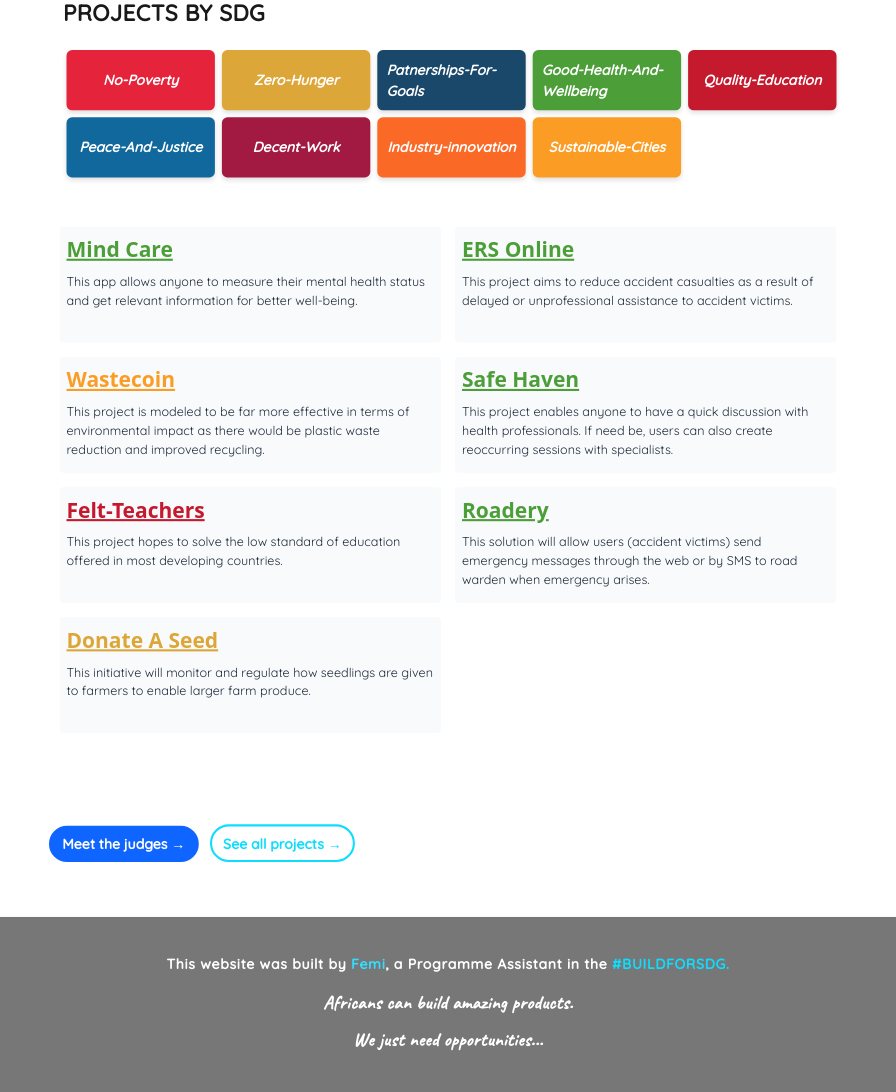
Repository: akinsikuoluwafemi/sdg-showcase-landing-page
Page: /
The author's editor kept a copy of each file at every save. The page is drawn from the files as they stood at one save, then again after a run of saves.
The browser window is 1280 px wide. The pictures show the part of the page from y = 1501 to 3421 px (the page is 3061 px tall before and 3421 px after), at 70% of full size.
Some web libraries are served in a nearby version. The project was rebuilt for these pictures with package versions that can differ from the ones it lists, and the page was loaded fresh each time. Also part of the build but not shown: src/data.js, src/pages/Themes.js, src/pages/Projects.js, src/pages/Judges.js, src/pages/SingleTheme.js. Imported but missing from the stored project, and not drawn on this page: src/pages/Error.

Above is the page before, as saved 2020-07-24 22:00:45.

### public/index.html
<!DOCTYPE html>
<html lang="en">
  <head>
    <meta charset="utf-8" />
    <link rel="icon" href="%PUBLIC_URL%/favicon.ico" />
    <meta name="viewport" content="width=device-width, initial-scale=1" />
    <meta name="theme-color" content="#000000" />
    <meta
      name="description"
      content="Web site created using create-react-app"
    />
    <link rel="apple-touch-icon" href="%PUBLIC_URL%/logo192.png" />
    <!--
      manifest.json provides metadata used when your web app is installed on a
      user's mobile device or desktop. See https://developers.google.com/web/fundamentals/web-app-manifest/
    -->
    <link rel="manifest" href="%PUBLIC_URL%/manifest.json" />
    <script defer src="https://use.fontawesome.com/releases/v5.0.6/js/all.js"></script>
    <link rel="manifest" href="%PUBLIC_URL%/manifest.json" />
    <link rel="stylesheet" href="https://stackpath.bootstrapcdn.com/bootstrap/4.4.1/css/bootstrap.min.css" integrity="sha384-Vkoo8x4CGsO3+Hhxv8T/Q5PaXtkKtu6ug5TOeNV6gBiFeWPGFN9MuhOf23Q9Ifjh"
      crossorigin="anonymous">
      <link href="https://fonts.googleapis.com/css2?family=Alfa+Slab+One&family=Anton&display=swap" rel="stylesheet">
      <link href="https://fonts.googleapis.com/css2?family=Caveat&display=swap" rel="stylesheet">
      <link href="https://fonts.googleapis.com/css2?family=Quicksand:wght@300;400;500&display=swap" rel="stylesheet">
      <link rel="stylesheet" href="https://cdnjs.cloudflare.com/ajax/libs/animate.css/4.0.0/animate.min.css" />
    <!--
      Notice the use of %PUBLIC_URL% in the tags above.
      It will be replaced with the URL of the `public` folder during the build.
      Only files inside the `public` folder can be referenced from the HTML.

      Unlike "/favicon.ico" or "favicon.ico", "%PUBLIC_URL%/favicon.ico" will
      work correctly both with client-side routing and a non-root public URL.
      Learn how to configure a non-root public URL by running `npm run build`.
    -->

    <title>Buildforsdg Showcase Page</title>
  </head>
  <body>
    <noscript>You need to enable JavaScript to run this app.</noscript>
    <div id="root"></div>
    <!-- <div id="modal"></div> -->

    <!--
      This HTML file is a template.
      If you open it directly in the browser, you will see an empty page.

      You can add webfonts, meta tags, or analytics to this file.
      The build step will place the bundled scripts into the <body> tag.

      To begin the development, run `npm start` or `yarn start`.
      To create a production bundle, use `npm run build` or `yarn build`.
    -->
    <script src="https://code.jquery.com/jquery-3.3.1.slim.min.js" integrity="sha384-q8i/X+965DzO0rT7abK41JStQIAqVgRVzpbzo5smXKp4YfRvH+8abtTE1Pi6jizo"
      crossorigin="anonymous">
      </script>
    <script src="https://cdnjs.cloudflare.com/ajax/libs/popper.js/1.14.7/umd/popper.min.js" integrity="sha384-UO2eT0CpHqdSJQ6hJty5KVphtPhzWj9WO1clHTMGa3JDZwrnQq4sF86dIHNDz0W1"
      crossorigin="anonymous">
      </script>
    <script src="https://stackpath.bootstrapcdn.com/bootstrap/4.3.1/js/bootstrap.min.js" integrity="sha384-JjSmVgyd0p3pXB1rRibZUAYoIIy6OrQ6VrjIEaFf/nJGzIxFDsf4x0xIM+B07jRM"
      crossorigin="anonymous">
      </script>


  </body>
</html>

### src/index.css
html {
  font-size: 62.5%!important;
}

body {

  -webkit-font-smoothing: antialiased;
  -moz-osx-font-smoothing: grayscale;
    font-family: "Klima Web", system-ui, -apple-system, BlinkMacSystemFont, "Segoe UI", Roboto, "Helvetica Neue", Helvetica, sans-serif;
    font-family: "Quicksand",sans-serif;
    /* line-height: 1.5; */
    font-weight: 400;
    color: #1f2d3d;
    margin: 0px;
    padding: 0px;
}

code {
  font-family: source-code-pro, Menlo, Monaco, Consolas, 'Courier New',
    monospace;
}

### src/pages/Home.js
import React, { useEffect, useContext, useState } from 'react';
import { Link } from 'react-router-dom';
import '../App.scss';

import Aos from 'aos';
import "aos/dist/aos.css";
import Footer from '../components/Footer/Footer';
import { ModeContext } from '../contexts/ModeContext';
import { ModalContext } from '../contexts/ModalContext';
import { ProjectContext } from '../contexts/context';

import ProjectList from '../components/ProjectList/ProjectList';
import ProjectDetail from '../components/ProjectDetail/ProjectDetail';
import sdg from '../images/sdg.png';
import andela from '../images/andela.png';
import ThemeContainer from '../components/ThemeContainer';

import ReactPlayer from 'react-player';

const Home = () => {

    useEffect(() => {
        Aos.init({
            duration: 2000
        })
    },[])

    let { darkMode } = useContext(ModeContext)
    let { featuredProjects : projects, loading }= useContext(ProjectContext);
    console.log(loading)
    let [selectedProject, setSelectedProject] = useState(null);

    const [showModal, setShowModal] = useState(false)


    const onProjectSelect = (project) => {
        setSelectedProject(project);

    }



    return (
        <ModalContext.Provider value={{ showModal, setShowModal }}>

            <div>

                <div className="bg-header">
                    <div className="page-head">
                        <div className="sponsors">
                            <span style={{ textAlign: 'center' }}> <img className="andela" src={andela} alt="andela" /> &nbsp; </span> <span className="facebook">FACEBOOK</span>
                        </div>

                        <p className="build-container">#BUILDF<span><img className="sdg-small" src={sdg} alt="sdg" />R</span> <span >SDG</span></p>
                        <p className="challenge animate__animated animate__pulse">CHALLENGE <span className="year">2020</span></p>

                    </div>


                </div>





                <div className={darkMode ? `dark-mode bg-section2` : `light-mode bg-section2`}>
                    <div className="container ">
                        <div className="row">
                            <div className="col-12 col-lg-9 my-5 intro-container">
                                <p className={darkMode ? `color-light`: `color-dark`}>The <span style={{ color: '#0fddff' }}>#BuildforSDG</span> Challenge is a Facebook and Andela partnership initiative to up-skill developers across Sub-Saharan (Kenya, Uganda, Cameroon, Ghana, Nigeria and South-Africa) through a six-week immersive program where selected developers worked in agile remote teams to innovate on projects relating to the SDGs.</p>
                                <p className={darkMode ? `color-light` : `color-dark`}>The <span style={{ color: '#0fddff' }}>#BuildforSDG</span> program is committed to helping empower you to build real-world, locally and relevant solutions focused on the Sustainable Development Goals(SDGs) while gaining skills you need to advance your career.</p>
                                <p className={darkMode ? `color-light` : `color-dark`}>The <span style={{ color: '#0fddff' }}>Goal of the #BuildforSDG Challenge 2020</span> is to empower developers to build global, high-value, high-impact projects to help improve their market-readiness while learning within the community.</p>
                            </div>
                        </div>

                    </div>
                </div>





                <div className={darkMode ? `dark-mode` : `light-mode `}>
                    <div className="container ">
                        <div className="row">
                            <h2 className="top-projects  my-5">Top 60 Projects</h2>
                        </div>
                        <div  className="row">
                            <div className="col-12 col-lg-9 ">
                                <p className={darkMode ? `color-light intro-container ` : `color-dark intro-container`}>With over 175 team projects in the works, the Innovators of the #BuildforSDG Program are building solutions ranging from Food Bank regulators to simulated concepts for SMART city building as well as improved revenue collection tech models for communities and standardized waste collection solutions.</p>
                                <p className={darkMode ? `color-light intro-container` : `color-dark intro-container`}>These innovators while working in teams are building tech solutions that could make life a lot easier for communities across Sub-Saharan Africa battling the Covid-19 Pandemic. Over 160 teams from #BuildforSDG Challenge are leveraging on Open Source Technologies-- Top-picks and go to choices for these Innovators amongst these Open Source technologies include React, React Native, Jest, Flow, Facebook Authentication, and Graph QL.</p>

                            </div>
                        </div>

                    </div>
                </div>


                <div className={darkMode ? `dark-mode` : `light-mode`}>
                    <div className="container ">
                        <div className="row">
                            <h2 className={darkMode ? `color-light theme-header my-4` : `color-dark theme-header my-4`}>PROJECTS BY SDG</h2>
                        </div>

                        <ThemeContainer/>


                    </div>
                </div>

                <div className={darkMode ? `dark-mode` : `light-mode`}>
                    <div className="container py-5">


                        <ProjectDetail project={selectedProject} />

                        {/* <Loading/> */}

                        <ProjectList projects={projects} onProjectSelect={onProjectSelect} />

                    </div>
                </div>

                <div className={darkMode ? `dark-mode` : `light-mode`}>
                    <div className="container ">
                        <div className="row twobuttons">
                            <div >
                                <Link className="judges-btn" to="/judges">Meet the judges →</Link>
                                <Link className="projects-btn" to="/projects">See all projects →</Link>
                            </div>
                        </div>
                    </div>
                </div>


                {/*  */}



                {/*  */}


                <Footer />




            </div>
        </ModalContext.Provider>



        )
}



export default Home;

### src/components/Footer/Footer.scss
.foot {
    background: #E0E6ED!important;
}

.light-footer {
    background: #777!important;
    color: #222!important;
    font-weight: bolder;

}

.dark-footer {
    font-weight: bolder;
    color: #E0E6ED!important;
    background: #222!important;
}

.footer {
    font-size: 1.5rem;
    letter-spacing: .1rem;
//   position: fixed;
    height: 30rem;
  left: 0;
  bottom: 0;
  width: 100%;
  background-color: #E0E6ED;
  color: white;
  text-align: center;
  display: flex;
  flex-direction: column;
  justify-content: center;
  align-items: center;

  &-heading {
        font-family: inherit;
        padding: 1.5rem 0;
        letter-spacing: 0.02em;
        line-height: 1.125;
        color: var(--theme-ui-colors-secondary,#3c4858);
        font-size: 2.7rem;
        margin-top: 0;
        margin-bottom: -.8rem;
        font-family: 'Caveat', cursive;
        color: white;
        font-weight: bold;


    }

}



.foote {
    display: grid!important;
    height: 25rem;

    // background: #777;
    grid-template-columns: 80px repeat(11, 1fr)!important;
    grid-template-rows: repeat(12,1fr)!important;
}


// .arrow-container {
//     // background: pink;
//     grid-column: 1/2;
//     grid-row: 1/-1;
//     height: 20rem;

//     // align-items: end;
//     justify-content: center;
//     display: grid;
//     overflow: hidden;


// }

.arrow-image {
    width: 3rem;
    align-items: center;
    align-content: center;
    grid-row: 9/10;
    cursor: pointer;

}

.footer-background {
    background: #E0E6ED;
    height: 25rem;
    grid-column: 1/-1;
    grid-row: 1/-1;
    // background: linear-gradient(-45deg, #EE7752, #E73C7E, #23A6D5, #23D5AB );
    // background: linear-gradient(-45deg, #E5243B, #4C9F38, #10689D, #FB9D24 );
    // opacity: .7;
    color: white;
    // background-size: 400% 400%;
    position: relative;
    // animation: change 30s ease-in-out infinite;
    display: grid;
    font-size: 2rem;
}

// @keyframes change {
//     from {
//         background-position: 0 50%;
//     }
//     50% {
//         background-position: 100% 50%;
//     }
//     to {
//         background-position: 0 50%;
//     }
// }

.footer-text {
    justify-content: center;
    align-items: center;
    align-self: center;
    color: white;
    opacity: 1;
}

.shake:hover {
    animation: shakeY; /* referring directly to the animation's @keyframe declaration */
  animation-duration: 2s;
}

Loaded but not shown: src/serviceWorker.js (common file); src/components/ProjectDetail/ProjectDetail.js (126 lines, source omitted); src/App.js (67 lines, source omitted); src/components/ThemeContainer.js (76 lines, source omitted); src/contexts/context.js (69 lines, source omitted); src/components/Footer/Footer.js (29 lines, source omitted); src/components/ProjectItem/ProjectItem.js (32 lines, source omitted); src/components/ProjectList/ProjectList.js (32 lines, source omitted); src/index.js (28 lines, source omitted); src/components/ThemeCard.js (13 lines, source omitted); src/components/Loading.js (12 lines, source omitted); src/contexts/ModalContext.js (3 lines, source omitted); src/contexts/ModeContext.js (3 lines, source omitted); src/App.scss (751 lines, source omitted)

After the next 3 saves:
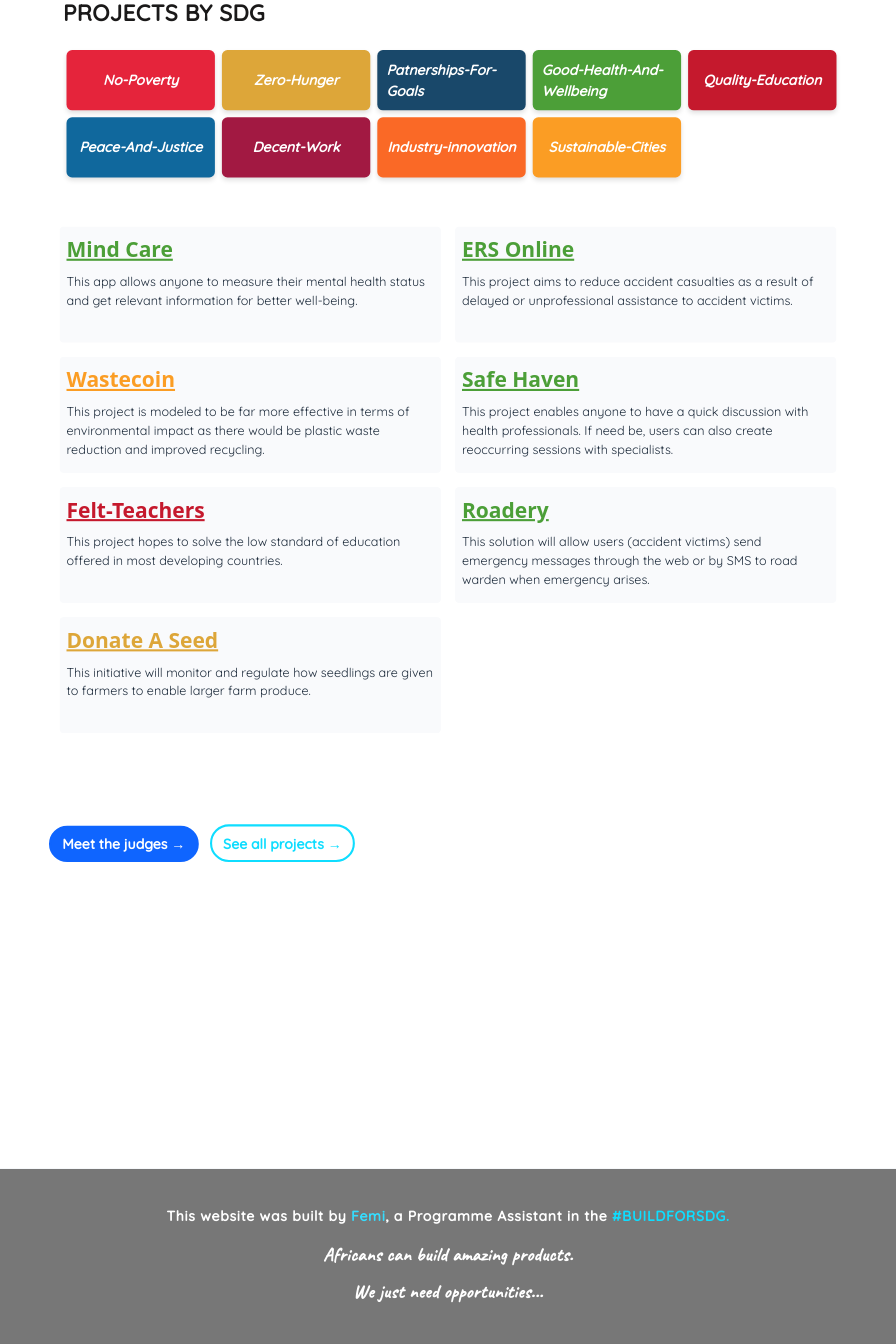
The 3 saves are shown as one change because 1 did not build or start and some came seconds apart.
The last was saved 11 s later.
--- a/src/pages/Home.js
+++ b/src/pages/Home.js
@@ -135,7 +135,9 @@ const Home = () => {
 
 
                 {/*  */}
+                <ReactPlayer>
 
+                </ReactPlayer>
 
 
                 {/*  */}
